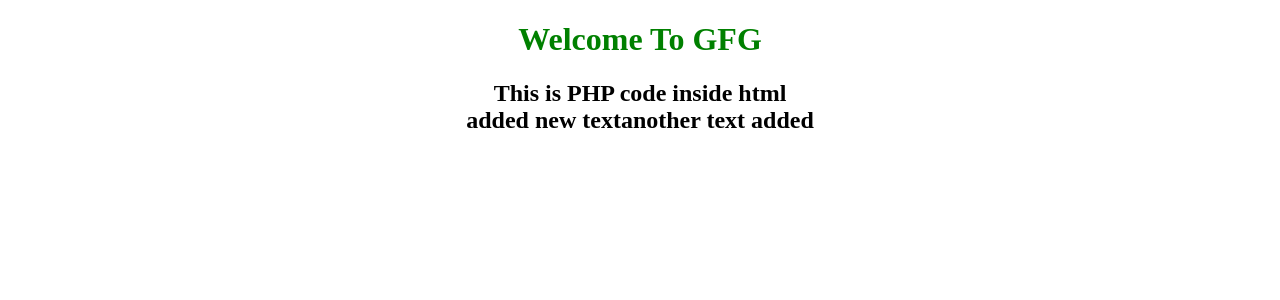
Repository: slevin2002/phpprojectgh
Page: http://localhost/example1.php
These files come from the project's save history. The page is drawn as it stood at one moment and after a run of saves; the edit follows.
The browser window is 1280 px wide. The pictures show the whole page.
The page is run by PHP 8.4 with error messages shown; the project is at /var/www/html/.

Above is the page before, as saved 2022-12-14 11:07:37.

### example1.php
<!DOCTYPE html>
<html>

<head>
	<style>
		h1 {
			color: green;
		}
	</style>
</head>

<body>
	<center>
		<h1>Welcome To GFG</h1>

		<h2>
			<?php
			echo "This is PHP code inside html<br>";
			echo "added new text";
			echo "another text added";
			?>
		</h2>
	</center>
</body>

</html>

After the next 2 saves:
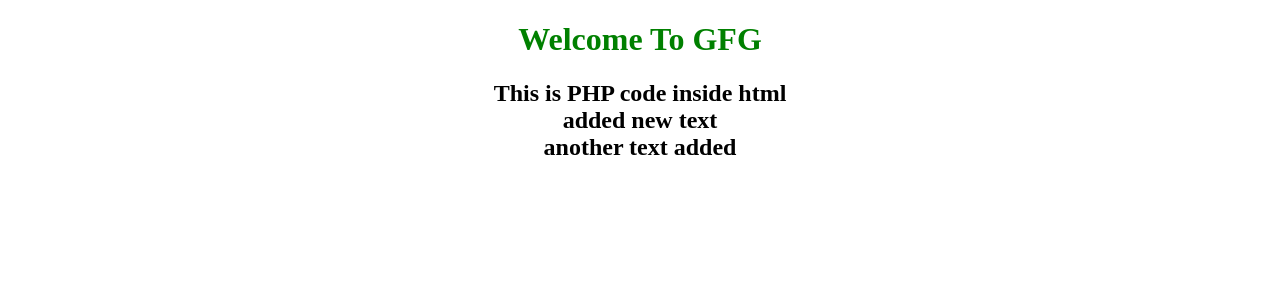
The 2 saves are shown as one change because they came seconds apart.
The last was saved 6 s later.
--- a/example1.php
+++ b/example1.php
@@ -16,7 +16,7 @@
 		<h2>
 			<?php
 			echo "This is PHP code inside html<br>";
-			echo "added new text";
+			echo "added new text<br>";
 			echo "another text added";
 			?>
 		</h2>
